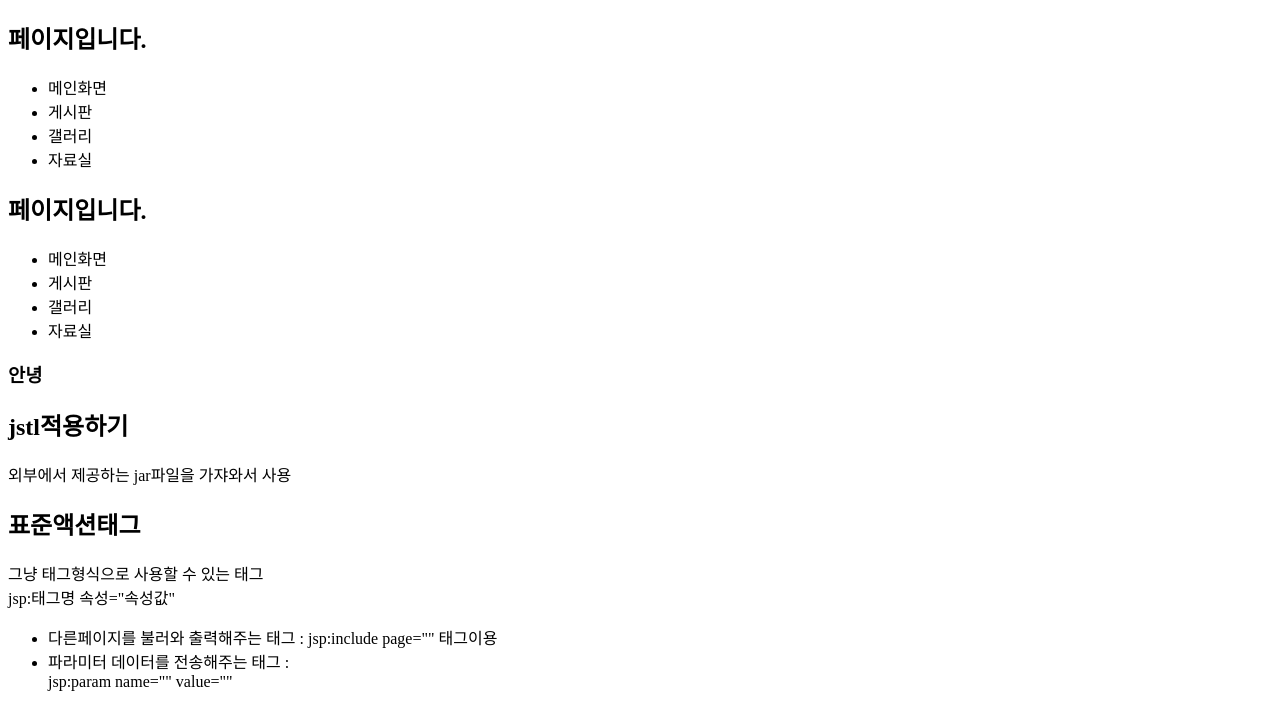
Repository: simjiho/week
Page: http://localhost/el_jstl/
An editor plug-in stored every save of this project. The page is shown before and after the next save, followed by the edit.
The browser window is 1280 px wide. The pictures show the whole page.
The page is served by Tomcat 9. The template is opened directly, without the code that normally fills it, so the values that code supplies are empty.

Above is the page before, as saved 2024-04-20 05:30:08.

After the next save:
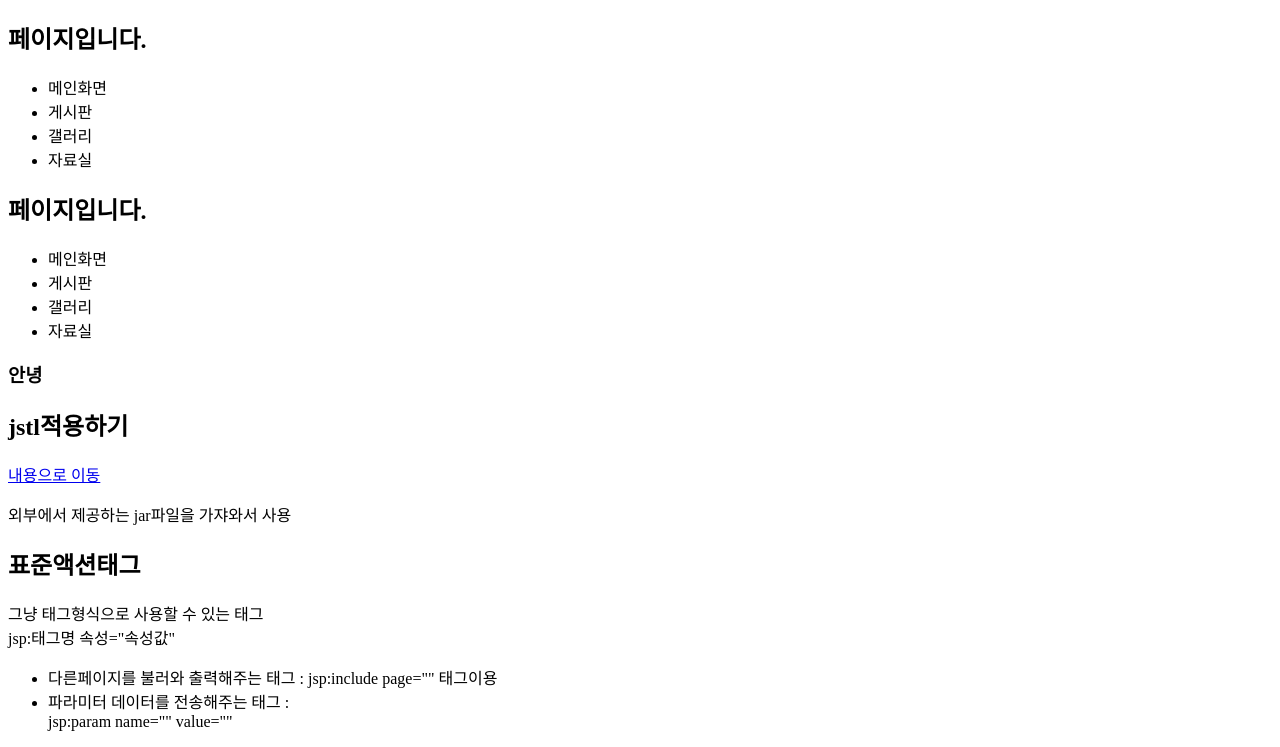
Saved 15 s later.
--- a/workspace/el_jstl/src/main/webapp/index.jsp
+++ b/workspace/el_jstl/src/main/webapp/index.jsp
@@ -10,7 +10,7 @@
 
 	<h3><%=name %></h3>
 	<h2>jstl적용하기</h2>
-	<a href="views/common/content.jsp"></a>
+	<a href="views/common/content.jsp">내용으로 이동</a>
 	<p>외부에서 제공하는 jar파일을 가쟈와서 사용</p>
 
 	<h2>표준액션태그</h2>
